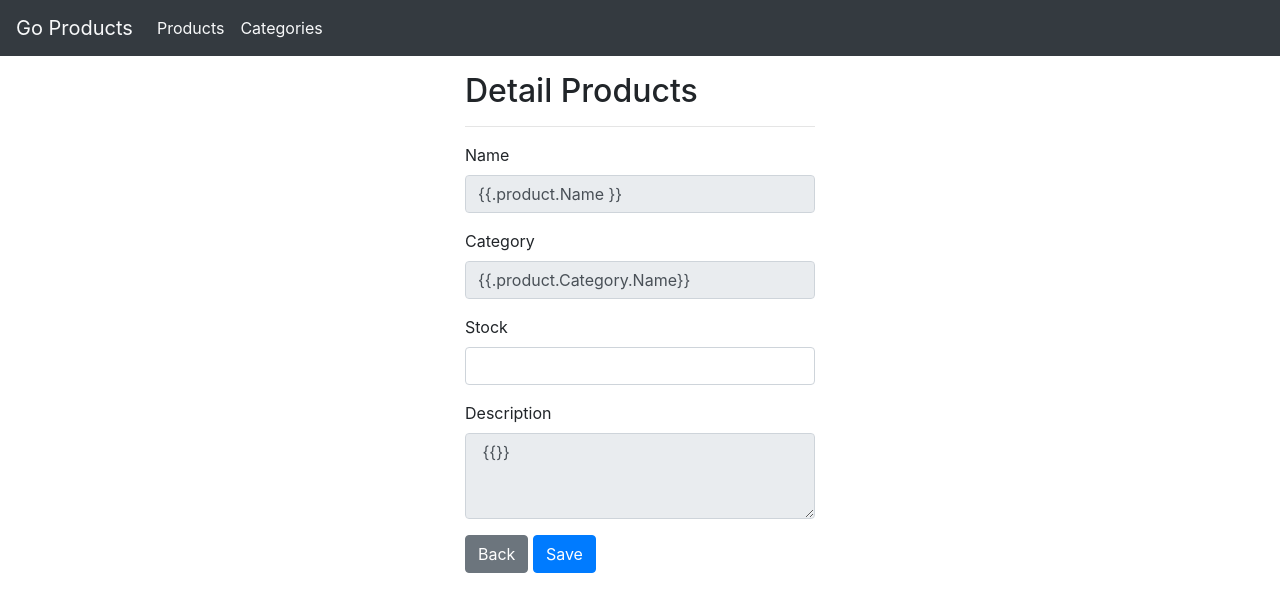
Repository: Nouthemoran/go-web-native-crud
Page: views/product/detail.html
The author's editor kept a copy of each file at every save. The page is drawn from the files as they stood at one save, then again after a run of saves.
The browser window is 1280 px wide. The pictures show the whole page.

Above is the page before, as saved 2023-10-11 11:41:54.

### views/product/detail.html
<!doctype html>
<html lang="en">
  <head>
    <!-- Required meta tags -->
    <meta charset="utf-8">
    <meta name="viewport" content="width=device-width, initial-scale=1, shrink-to-fit=no">

    <!-- Bootstrap CSS -->
    <link rel="stylesheet" href="https://cdn.jsdelivr.net/npm/bootstrap@4.3.1/dist/css/bootstrap.min.css" integrity="sha384-ggOyR0iXCbMQv3Xipma34MD+dH/1fQ784/j6cY/iJTQUOhcWr7x9JvoRxT2MZw1T" crossorigin="anonymous">

    <title>golang project</title>
  </head>
  <body>
    <!-- Navbar -->
    <nav class="navbar navbar-expand-lg bg-dark">
        <a class="navbar-brand text-light" href="#">Go Products</a>
        <button class="navbar-toggler" type="button" data-toggle="collapse" data-target="#navbarNav" aria-controls="navbarNav" aria-expanded="false" aria-label="Toggle navigation">
          <span class="navbar-toggler-icon"></span>
        </button>
        <div class="collapse navbar-collapse" id="navbarNav">
          <ul class="navbar-nav ms-auto">
            <li class="nav-item active">
              <a class="nav-link text-light" href="/products">Products<span class="sr-only">(current)</span></a>
            </li>
            <li class="nav-item">
              <a class="nav-link text-light" href="/categories">Categories</a>
            </li>
          </ul>
        </div>
      </nav>
    <!-- End of Navbar -->

    <div class="container mt-3">
        <div class="row d-flex justify-content-center ">
            <div class="col-4">
                <h2>Detail Products</h2>
                <hr>
                <form action="/products/create" method="POST">
                    <div class="form-group">
                        <label>Name</label>
                        <input type="text" class="form-control" name="name" autocomplete="off" value="{{.product.Name }}" disabled>
                    </div>
                    <div class="form-group">
                        <label>Category</label>
                        <input type="text" class="form-control" name="category_id" autocomplete="off" value="{{.product.Category.Name}} " disabled>
                    </div>
                    <div class="form-group">
                        <label>Stock</label>
                        <input type="number" class="form-control" name="stock" autocomplete="off" value="{{ .product.Stock}}">
                    </div>
                    <div class="form-group">
                        <label>Description</label>
                        <textarea class="form-control" name="description" rows="3"disabled> {{}}</textarea>
                      </div>
                      <div class="float-end">
                        <a href="/products" class="btn btn-secondary">Back</a>
                        <button class="btn btn-primary">Save</button>
                      </div>
                </form>
            </div>
        </div>

    </div>

    <!-- Optional JavaScript -->
    <!-- jQuery first, then Popper.js, then Bootstrap JS -->
    <script src="https://code.jquery.com/jquery-3.3.1.slim.min.js" integrity="sha384-q8i/X+965DzO0rT7abK41JStQIAqVgRVzpbzo5smXKp4YfRvH+8abtTE1Pi6jizo" crossorigin="anonymous"></script>
    <script src="https://cdn.jsdelivr.net/npm/popper.js@1.14.7/dist/umd/popper.min.js" integrity="sha384-UO2eT0CpHqdSJQ6hJty5KVphtPhzWj9WO1clHTMGa3JDZwrnQq4sF86dIHNDz0W1" crossorigin="anonymous"></script>
    <script src="https://cdn.jsdelivr.net/npm/bootstrap@4.3.1/dist/js/bootstrap.min.js" integrity="sha384-JjSmVgyd0p3pXB1rRibZUAYoIIy6OrQ6VrjIEaFf/nJGzIxFDsf4x0xIM+B07jRM" crossorigin="anonymous"></script>
  </body>
</html>

After the next 4 saves:
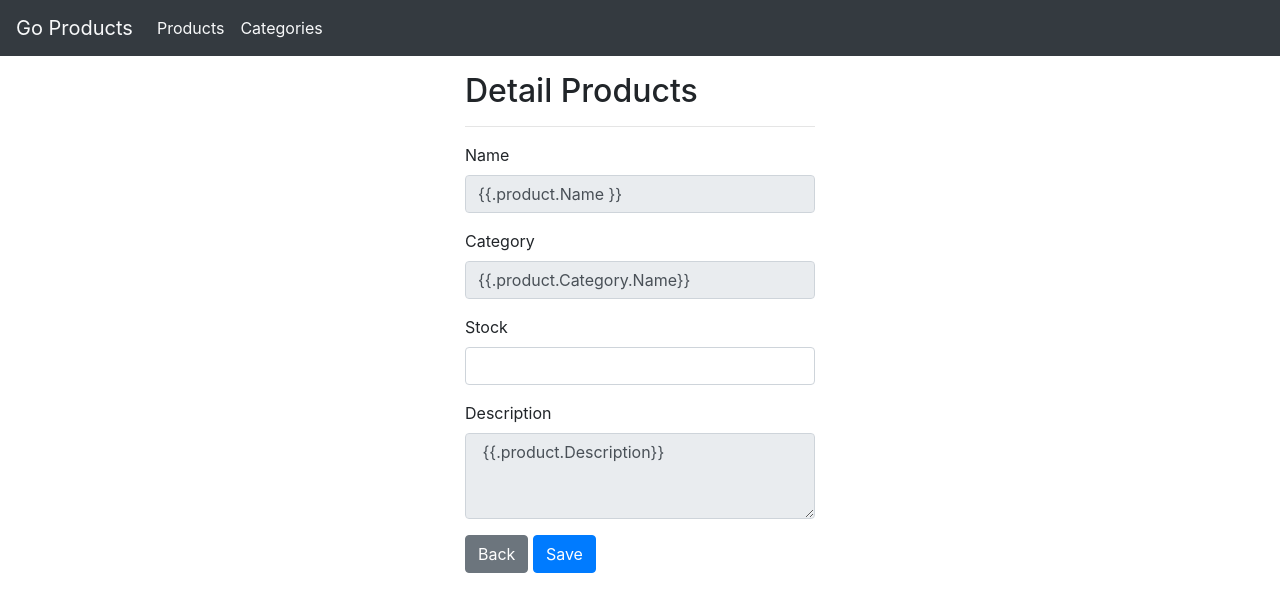
The 4 saves are shown as one change because they came seconds apart.
The last was saved 8 s later.
--- a/views/product/detail.html
+++ b/views/product/detail.html
@@ -50,7 +50,7 @@
                     </div>
                     <div class="form-group">
                         <label>Description</label>
-                        <textarea class="form-control" name="description" rows="3"disabled> {{}}</textarea>
+                        <textarea class="form-control" name="description" rows="3"disabled> {{.product.Description}}</textarea>
                       </div>
                       <div class="float-end">
                         <a href="/products" class="btn btn-secondary">Back</a>
